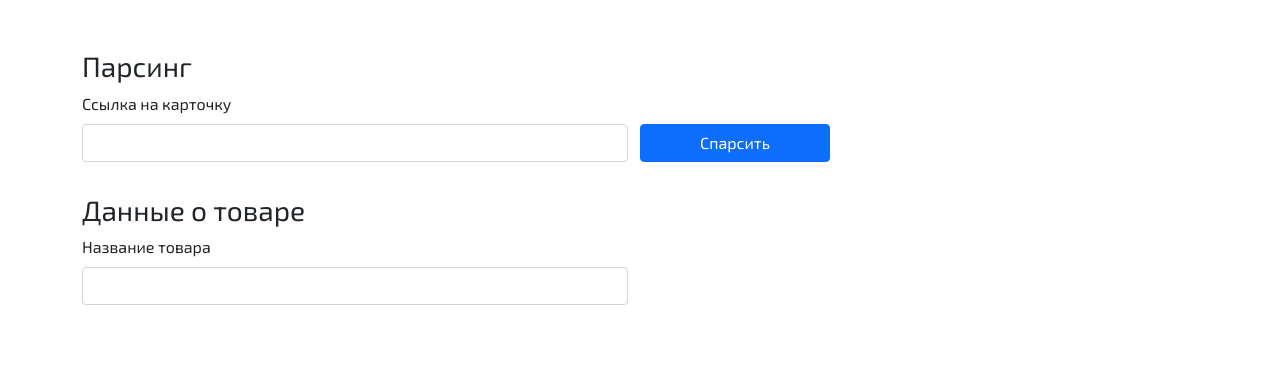
Repository: yozuul/wildberries-product-card-parser-api-exchange
Page: public/index.html
These files come from the project's save history. The page is drawn as it stood at one moment and after the next save; the edit follows.
The browser window is 1280 px wide. The pictures show the whole page.

Above is the page before, as saved 2021-08-18 19:59:21.

After the next save:
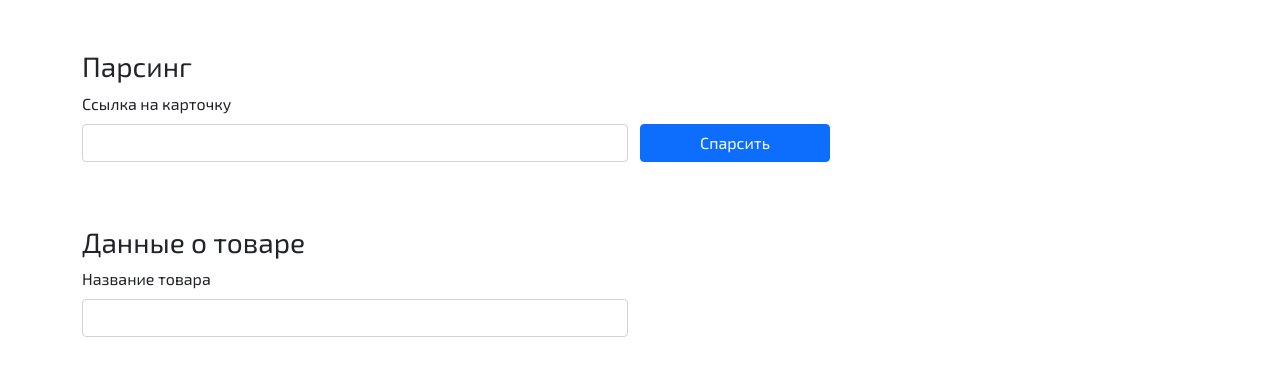
Saved 7 s later.
--- a/public/index.html
+++ b/public/index.html
@@ -24,7 +24,7 @@
       </div>
 
 
-    <form class="container">
+    <form class="container mt-5">
        <div class="row">
           <h3 class="col-12">Данные о товаре</h3>
           <div class="col-6">
